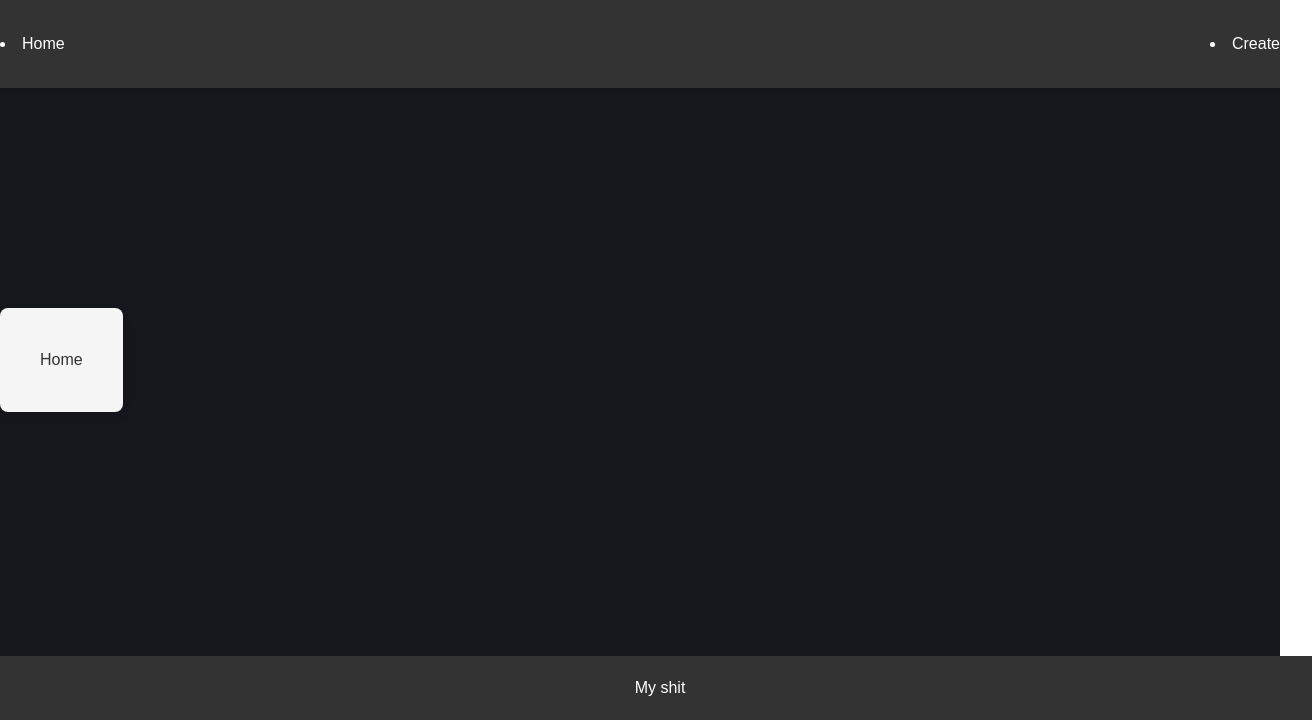
Repository: CarlosFranchN/myReact-supabase
Page: /
An editor plug-in stored every save of this project. The page is shown before and after a run of saves, followed by the edit.
The browser window is 1280 px wide. The page is 1280 px wide, then 1312 px, then 1280 px, so the pictures cover 1312 px, including what lies to the right of the window. The pictures show the whole page.
The project was rebuilt for these pictures with package versions that can differ from the ones it lists, and the page was loaded fresh each time. Also part of the build but not shown: vite.config.js, src/pages/Create/index.jsx.

Above is the page before, as saved 2024-11-14 13:45:20.

### src/App.jsx

import { BrowserRouter, Route, Routes } from 'react-router-dom'
import './App.css'
import { Home } from './pages/Home/Home'
import { Layout } from './components/Layout'
import { Create } from './pages/Create'

function App() {


  return (
    <>
      <BrowserRouter>
        <Routes>
          <Route path='/' element={<Layout/>} >
            <Route index element={<Home/>} />
            <Route path='/create' element={<Create/>} />

          </Route>
        </Routes>
      </BrowserRouter>
    </>
  )
}

export default App

### src/App.css
body {
  background-color: #16161d;
  color: white;
}
section {
  display: grid;
  grid-template-columns: repeat(3, 1fr);
  gap: 10px;
}
section div {
  background-color: #17176b;
  padding: 20px;
  border-radius: 15px;
  margin: 15px;
  color: rgb(255, 255, 255);
}
a {
  text-decoration: none;
  color: rgb(255, 255, 255);
}

### src/pages/Home/Home.jsx
import React from 'react'
import supabase from '../../config/supaBaseClient'


export const Home = () => {
    console.log(supabase)
    return (
    <div>Home</div>
  )
}

### src/components/Layout/index.jsx
import React from 'react'
import { LayoutCabecalho, LayoutFooter, LayoutFooterP, LayoutMain } from './style'
import {Link, Outlet } from 'react-router-dom'
import styled from 'styled-components'

export const Layout = () => {
  return (
    <>
        <nav>
            <LayoutCabecalho>
            <li>
                <Link to={"/"}>Home</Link>
                </li>
                <li>
                <Link to={"/create"}>Create</Link>
                </li>


            </LayoutCabecalho>
        </nav>
        <LayoutMain>
            <Outlet/>
        </LayoutMain>
        <LayoutFooter>
            <LayoutFooterP>My shit</LayoutFooterP>
        </LayoutFooter>
    </>
  )
}

### src/config/supaBaseClient.jsx

import { createClient } from '@supabase/supabase-js'

const supabaseUrl = 'https://ytabyfdnpzqccxsfantj.supabase.co'
const supabaseKey = 'eyJhbGciOiJIUzI1NiIsInR5cCI6IkpXVCJ9.eyJpc3MiOiJzdXBhYmFzZSIsInJlZiI6Inl0YWJ5ZmRucHpxY2N4c2ZhbnRqIiwicm9sZSI6ImFub24iLCJpYXQiOjE3MzE0NjY3MzQsImV4cCI6MjA0NzA0MjczNH0.feVRQBaTaEatsVG9XK4t162-65IogKVRz1hbNMabCec'
const supabase = createClient(supabaseUrl, supabaseKey)

export default supabase

### src/components/Layout/style.jsx
import styled from "styled-components";

export const LayoutCabecalho = styled.header`
  display: flex;
  justify-content: space-between;
  align-items: center;
  width: 100vw;
  background-color: #333;
  color: #fff;
  padding: 2rem 0 ;
  margin : ;
  text-align: center;
  font-family: Arial, sans-serif;
  box-shadow: 0 2px 4px rgba(0, 0, 0, 0.1);
  position: absolute;
  top: 0;

`;

export const LayoutFooter = styled.footer`
     background-color: #333; /* Cor de fundo */
    color: #fff; /* Cor do texto */
    text-align: center; /* Centraliza o texto */
    padding: 20px; /* Espaçamento interno */
    position: fixed; /* Fixa o footer na parte inferior da tela */
    width: 100%; /* Ocupa 100% da largura */
    bottom: 0; /* Fica grudado no final da página */
    font-size: 16px; /* Tamanho da fonte */
    font-family: Arial, sans-serif; /* Fonte */
`
export const LayoutFooterP = styled.p`
     margin: 0;

`

export const LayoutMain = styled.main`
     background-color: #f5f5f5; /* Cor de fundo */
  padding: 40px; /* Espaçamento interno */
  margin: 20px auto; /* Espaçamento externo */
  max-width: 1200px; /* Largura máxima da área de conteúdo */
  border-radius: 8px; /* Bordas arredondadas */
  box-shadow: 0 4px 8px rgba(0, 0, 0, 0.1); /* Sombra leve ao redor */
  font-family: Arial, sans-serif; /* Fonte */
  color: #333; /* Cor do texto */
`

Loaded but not shown: index.html (common file); src/main.jsx (common file); src/index.css (common file)

After the next 5 saves:
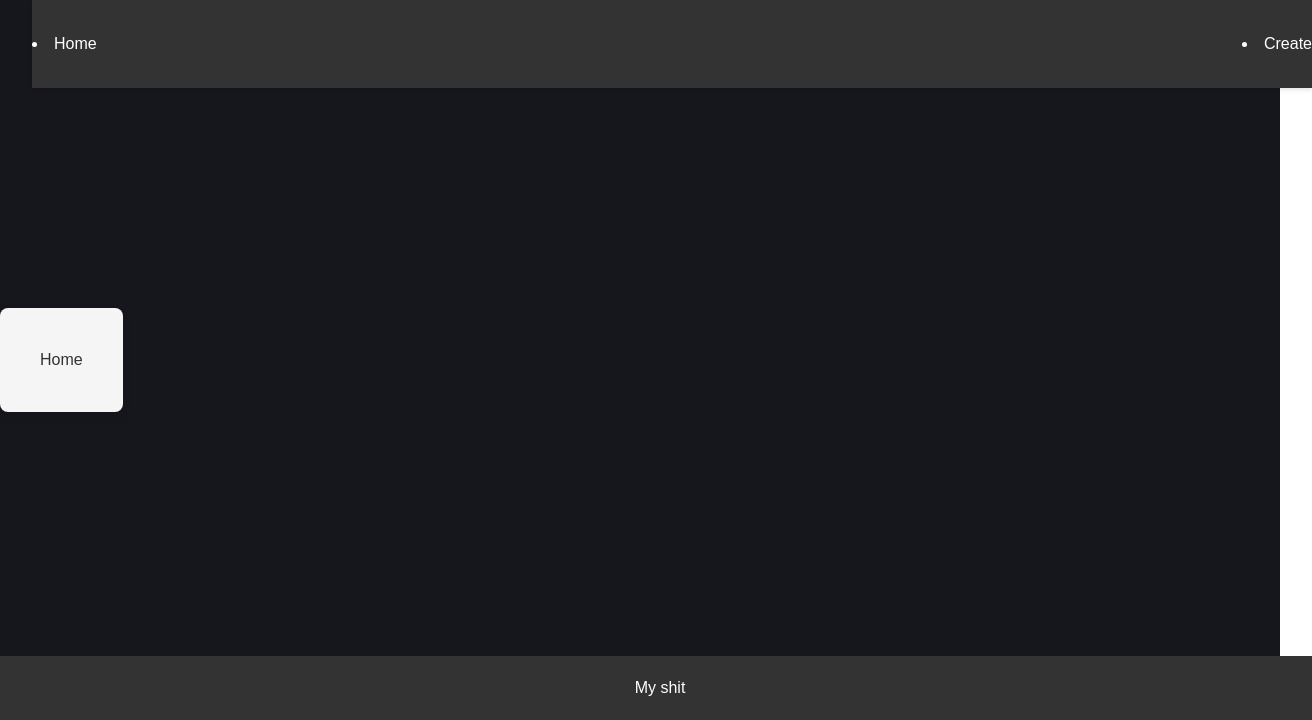
The 5 saves are shown as one change because they came seconds apart.
The last was saved 11 s later.
--- a/src/components/Layout/style.jsx
+++ b/src/components/Layout/style.jsx
@@ -8,7 +8,7 @@
   background-color: #333;
   color: #fff;
   padding: 2rem 0 ;
-  margin : ;
+  margin : 0 2rem;
   text-align: center;
   font-family: Arial, sans-serif;
   box-shadow: 0 2px 4px rgba(0, 0, 0, 0.1);

After the save that followed:
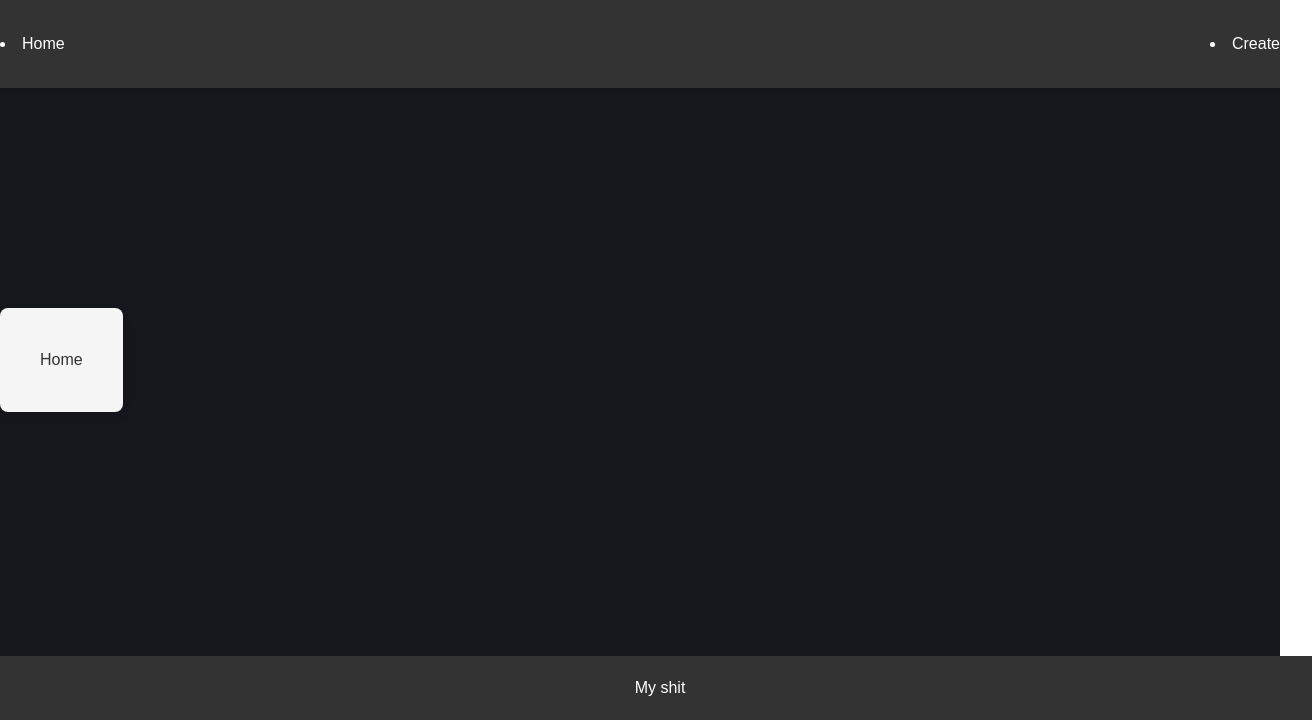
Saved 8 s later.
--- a/src/components/Layout/style.jsx
+++ b/src/components/Layout/style.jsx
@@ -8,7 +8,7 @@
   background-color: #333;
   color: #fff;
   padding: 2rem 0 ;
-  margin : 0 2rem;
+
   text-align: center;
   font-family: Arial, sans-serif;
   box-shadow: 0 2px 4px rgba(0, 0, 0, 0.1);
